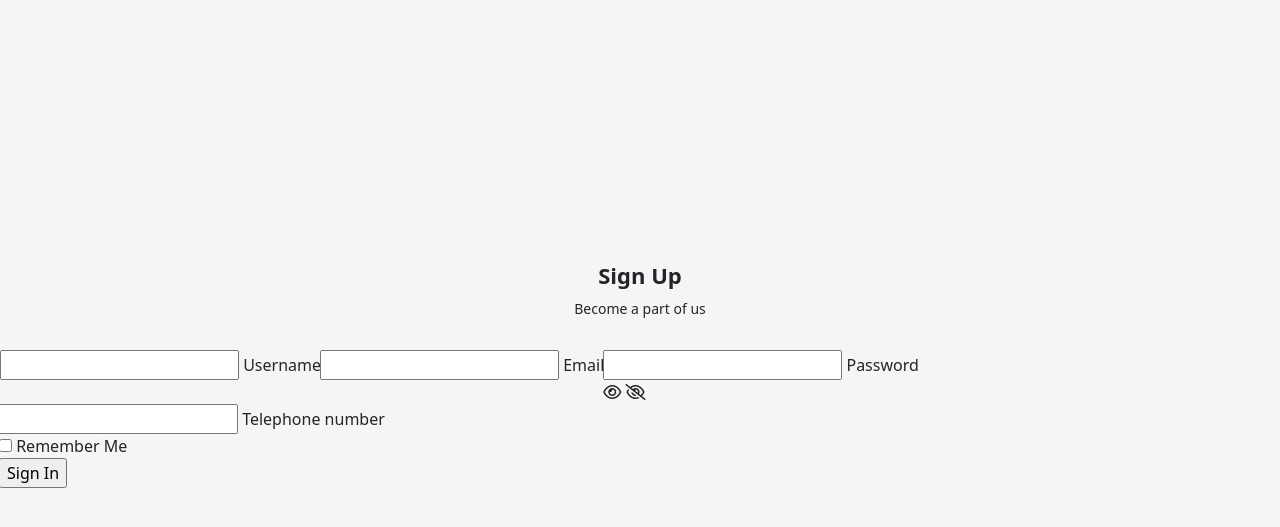
Repository: MauDucKG/BigFarm
Page: http://localhost/BigFarm/views/main/register/index.php
These files come from the project's save history. The page is drawn as it stood at one moment and after the next save; the edit follows.
The browser window is 1280 px wide. The pictures show the whole page.
Some web libraries are served in a nearby version. The page is run by PHP 8.4 with error messages shown; the project is at /var/www/html/.

Above is the page before, as saved 2023-04-26 18:25:12.

After the next save:
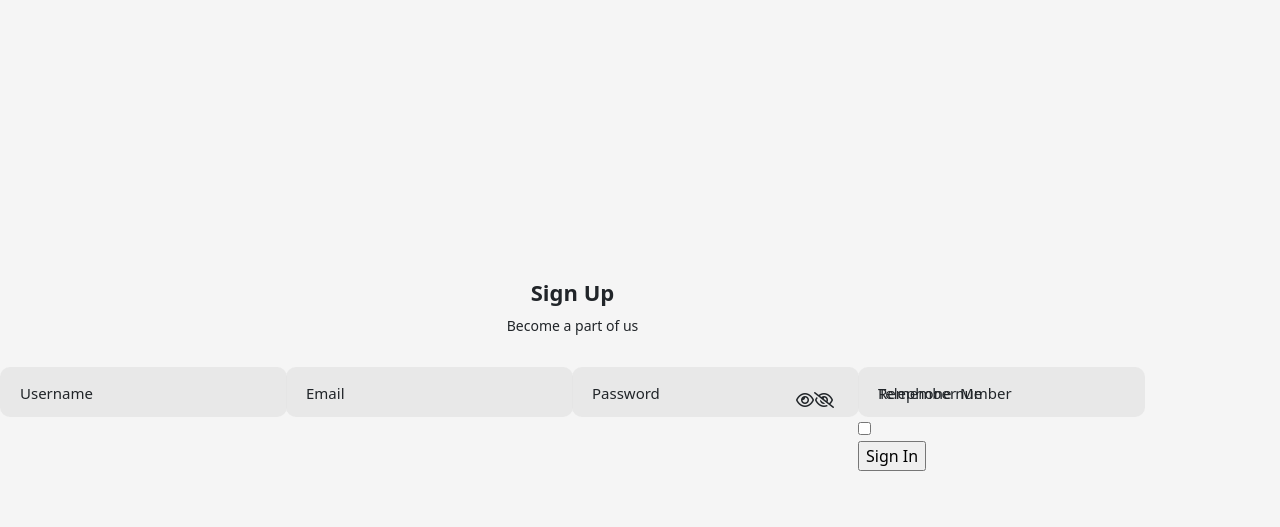
Saved 17 s later.
--- a/views/main/register/index.php
+++ b/views/main/register/index.php
@@ -31,7 +31,41 @@
             margin-bottom: 12px 0 ;
             position: relative;
         }
-
+        .input-box{
+    width: 100%;
+    height: 50px;
+    font-size: 15px;
+    color: #040404;
+    border: none;
+    border-radius: 10px;
+    padding: 7px 45px 0 20px;
+    background: rgba(224, 223, 223, 0.6);
+    backdrop-filter: blur(2px);
+    outline: none;
+}
+.input-field label{
+    position: absolute;
+    left: 20px;
+    top: 15px;
+    font-size: 15px;
+    transition: .3s ease-in-out;
+}
+.input-box:focus ~ label,.input-box:valid ~ label{
+    top: 2px;
+    font-size: 10px;
+    color: #c12828;
+    font-weight: 500;
+}
+.eye-area{
+    position: absolute;
+    top: 25px;
+    right: 25px;
+}
+.eye-box{
+    display: flex;
+    justify-content: center;
+    align-items: center;
+    position: relative;
     </style>
 </head>
 
